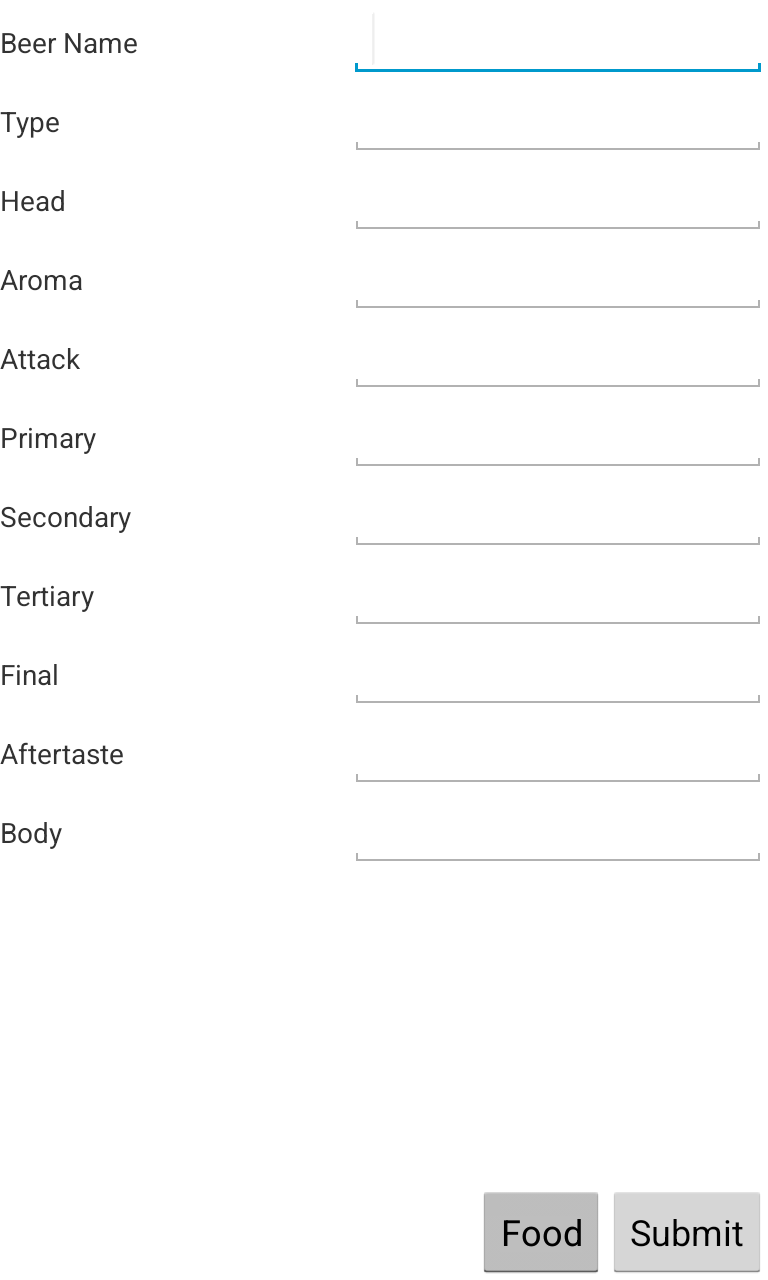
Repository: majorflight02/pairme
Layout: workspace/pairme/res/layout/fragment_beer_entry.xml
An editor plug-in stored every save of this project. The layout is shown before and after the next save, followed by the edit.
It is drawn on a 768 x 1280 px phone screen (xhdpi) without system bars, with theme AppTheme; the app's code is not run.

Above is the layout before, as saved 2013-08-25 19:02:48.

After the next save:
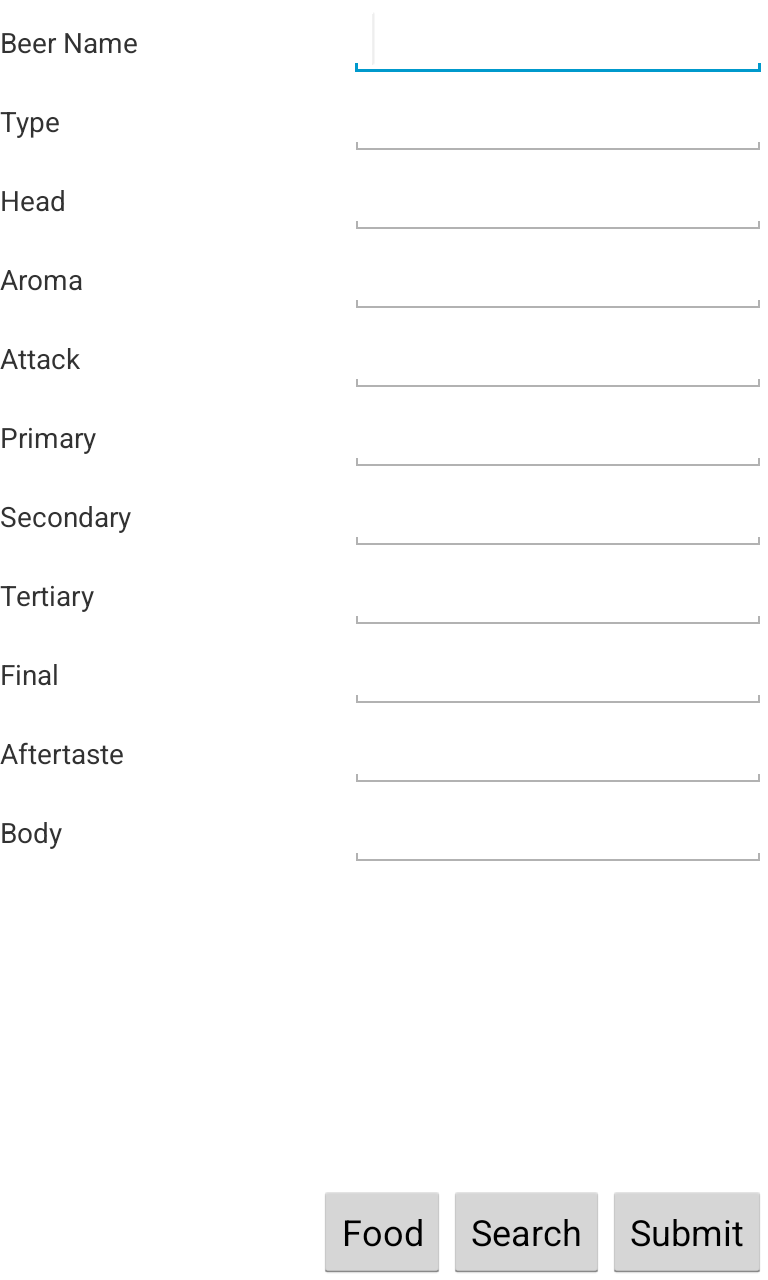
Saved 35 s later.
--- a/workspace/pairme/res/layout/fragment_beer_entry.xml
+++ b/workspace/pairme/res/layout/fragment_beer_entry.xml
@@ -8,16 +8,16 @@
         android:layout_width="wrap_content"
         android:layout_height="wrap_content"
         android:layout_alignBaseline="@+id/fragment_beer_entry_submit_btn"
-        android:layout_toLeftOf="@+id/fragment_beer_entry_submit_btn"
+        android:layout_toLeftOf="@+id/fragment_beer_entry_search_btn"
         android:text="Food" />
 
     <Button
-        android:id="@+id/fragment_beer_entry_food_btn"
+        android:id="@+id/fragment_beer_entry_search_btn"
         android:layout_width="wrap_content"
         android:layout_height="wrap_content"
         android:layout_alignBaseline="@+id/fragment_beer_entry_submit_btn"
         android:layout_toLeftOf="@+id/fragment_beer_entry_submit_btn"
-        android:text="Food" />
+        android:text="Search" />
 
     <Button
         android:id="@+id/fragment_beer_entry_submit_btn"
